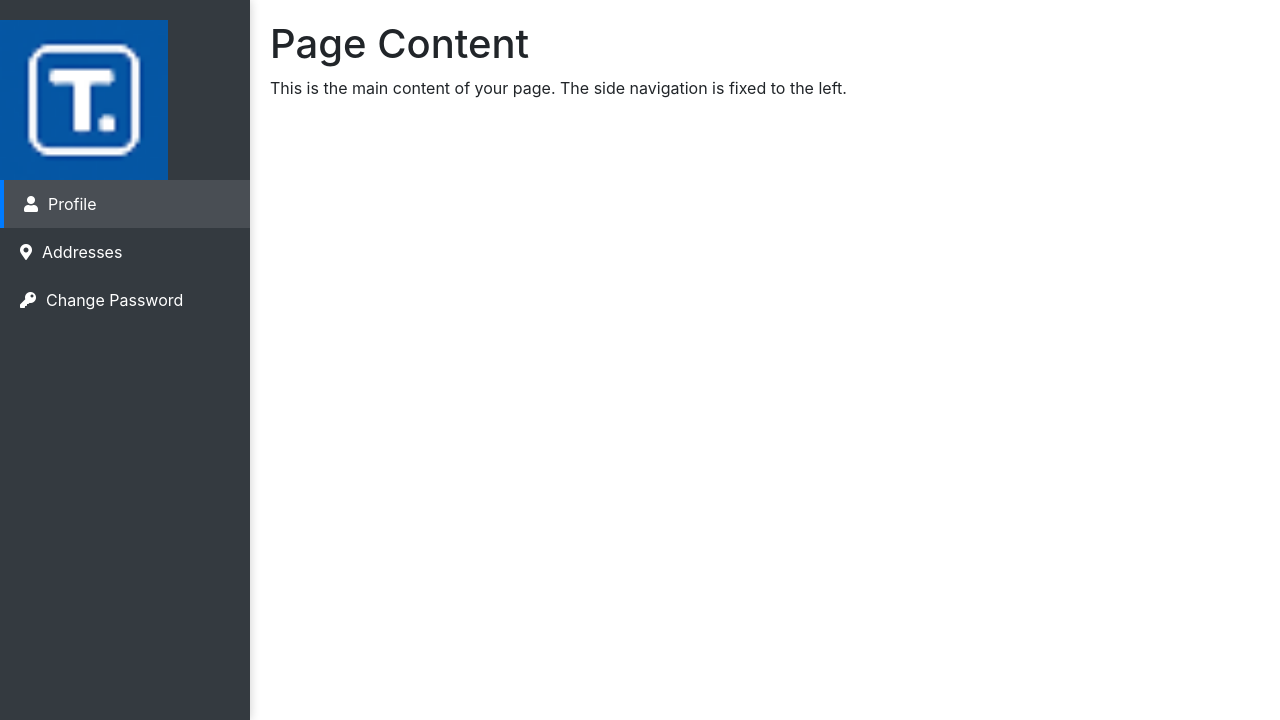
Repository: Darkrepo23/Ecommerce-Manalastas-project
Page: profile-settings.html
An editor plug-in stored every save of this project. The page is shown before and after the next save, followed by the edit.
The browser window is 1280 px wide. The pictures show the whole page.
Some web libraries are served in a nearby version.

Above is the page before, as saved 2026-01-04 08:47:56.

After the next save:
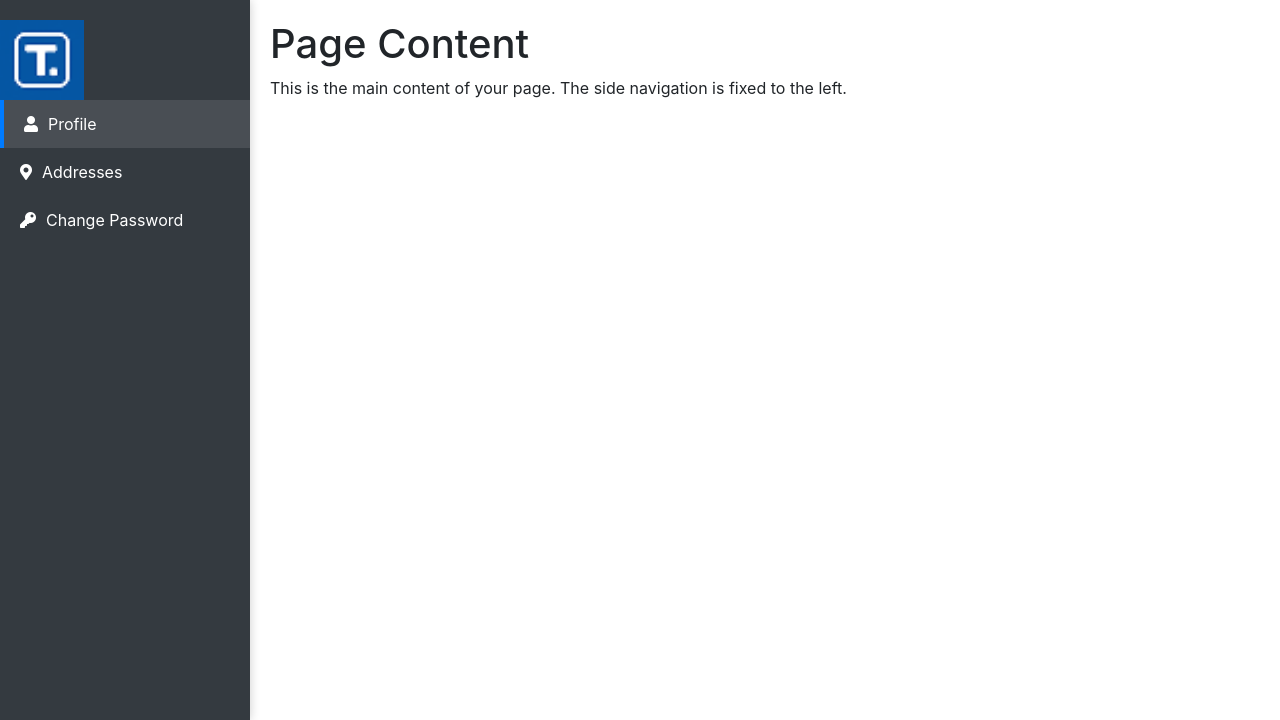
Saved 14 s later.
--- a/profile-settings.html
+++ b/profile-settings.html
@@ -56,7 +56,7 @@
 
   <!-- Side Navigation -->
   <div class="sidebar">
-  <img src="img/logo.png" class="" alt="" style="height: 10rem;">
+  <img src="img/logo.png" class="" alt="m" style="height: 5rem;">
   <a href="#" class="active"><i class="fas fa-user"></i>Profile</a>
   <a href="#"><i class="fas fa-map-marker-alt"></i>Addresses</a>
   <a href="#"><i class="fas fa-key"></i>Change Password</a>
